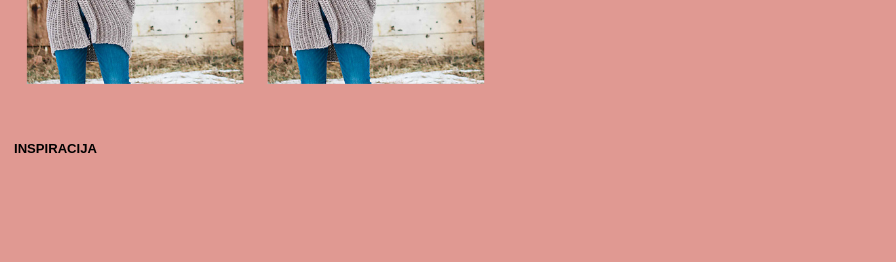
Repository: sdnc/Heklamo
Page: index.html
These files come from the project's save history. The page is drawn as it stood at one moment and after the next save; the edit follows.
The browser window is 1280 px wide. The pictures show the part of the page from y = 346 to 2266 px (the page is 720 px tall before and 2787 px after), at 70% of full size.

Above is the page before, as saved 2020-12-24 13:20:07.
Console error: ReferenceError: $ is not defined

### index.html
<html>

<head>
  <meta charset="UTF-8" />
  <meta name="viewport" content="width=device-width, initial-scale=1.0" />
  <title>Heklamo</title>
  <link href="https://maxcdn.bootstrapcdn.com/font-awesome/4.7.0/css/font-awesome.min.css" rel="stylesheet">
  <link rel="stylesheet" href="styles.css" />
  <script src="https://unpkg.com/vue@next" defer></script>
  <script src="app.js" defer></script>
</head>

<body>
  <!--1) -->
  <!--2) -->
  <section id="header">
    <h1>Heklamo, zeno draga</h1>
    <nav>link</nav>
  </section>
    <section id="sets" class="divider">
      <h3>MOJE SETOVI</h3>
    <div class="card">
      <div class="image">
        <img
          src="img/habitatcardigan.jpg" />
      </div>
      <div class="details">
        <div class="center">
          <h1>The Habitat Cardigan<br><span>Difficulty: 2/5</span></h1>
          <p>You will need:</p>
          <button>Let's do it!</button>
        </div>
      </div>
    </div>

    <div class="card">
      <div class="image">
        <img src="img/habitatcardigan.jpg" />
      </div>
      <div class="details">
        <div class="center">
          <h1>The Habitat Cardigan<br><span>Difficulty: 2/5</span></h1>
          <p>You will need:</p>
          <button>Let's do it!</button>
        </div>
      </div>
    </div>
  </section>

  <section id="inspiration" class="divider">
    <h3>INSPIRACIJA</h3>

  </section>

  <section id="buy" class="divider">

  </section>
</body>

</html>

### styles.css
body {
  margin: 0;
  padding: 0;
  font-family: sans-serif;
  background-color: #e09992;
}

.divider {
  margin: 40px 0 30px 20px;
}

.card {
  margin: 5px 15px;
  display: inline-block;
  transform: translate(1%,1%);
  width: 310px;
  height: 350px;
}
.image {
  width: 310px;
  height: 350px;
  overflow: hidden;
}
.card .image img {
  width: 100%;
  transition: .5s;
}
.card:hover .image img {
  opacity: .5;
  transform: translateX(30%);/*100%*/
}
.card .details {
  position: absolute;
  top: 0;
  left: 0;
  width: 70%;/*100%*/
  height: 89%;
  background: #7ca9e0;
  transition: .5s;
  transform-origin: left;
  transform: perspective(2000px) rotateY(-90deg);
}
.card:hover .details {
  transform: perspective(2000px) rotateY(0deg);
}
.card .details .center {
  padding: 20px;
  text-align: center;
  background: #fff;
  position: absolute;
  top: 50%;
  transform: translateY(-50%);
}
.card .details .center h1 {
  margin: 0;
  padding: 0;
  color: #435794;
  line-height: 20px;
  font-size: 20px;
  text-transform: uppercase;
}
.card .details .center h1 span {
  font-size: 14px;
  color: #262626;
}
.card .details .center p {
  margin: 10px 0;
  padding: 0;
  color: #262626;
}

### app.js
$('#recipeCarousel').carousel({
    interval: 10000
  })

  $('.carousel .carousel-item').each(function(){
      var minPerSlide = 3;
      var next = $(this).next();
      if (!next.length) {
      next = $(this).siblings(':first');
      }
      next.children(':first-child').clone().appendTo($(this));

      for (var i=0;i<minPerSlide;i++) {
          next=next.next();
          if (!next.length) {
              next = $(this).siblings(':first');
            }

          next.children(':first-child').clone().appendTo($(this));
        }
  });

After the next save:
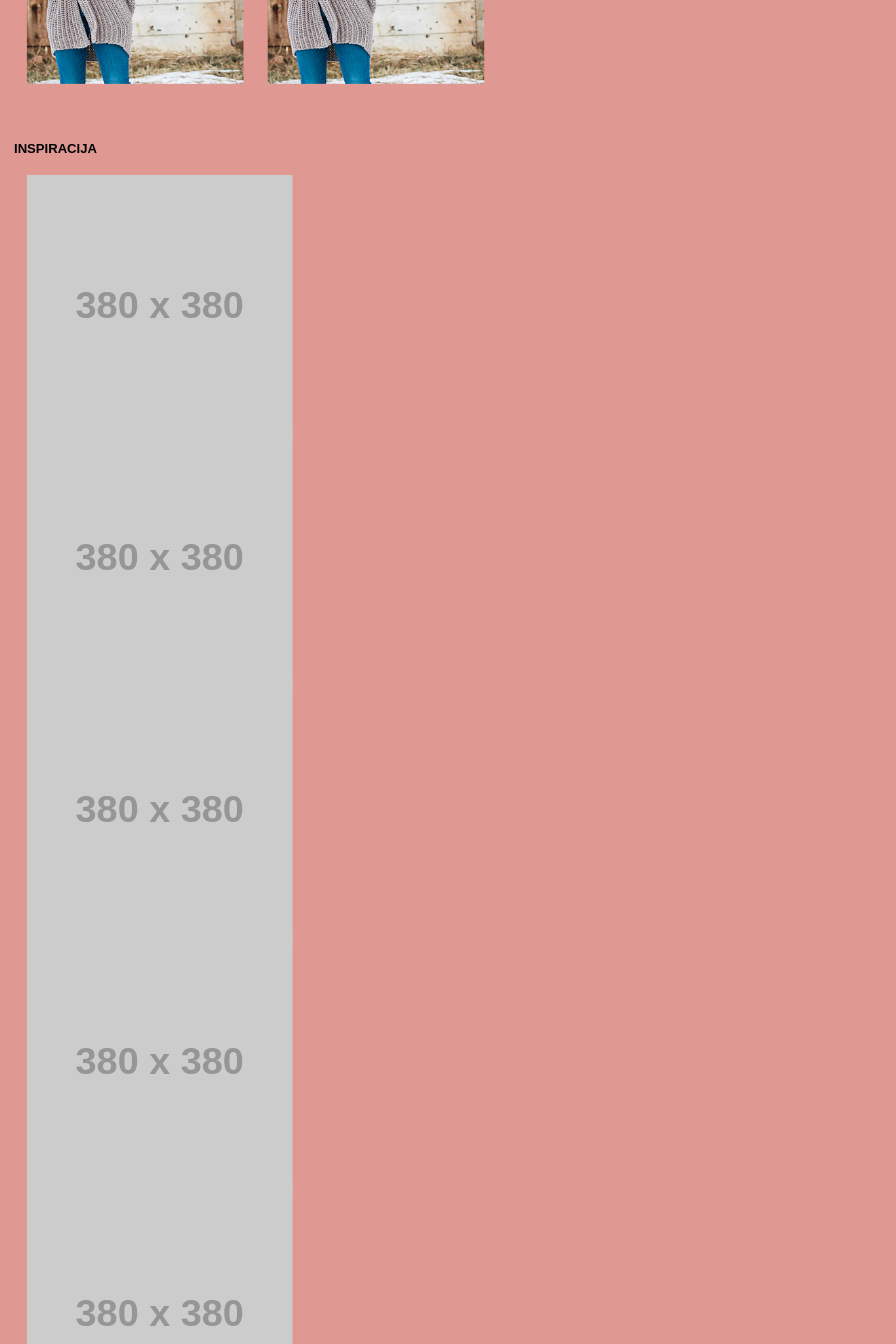
Saved 38 s later.
--- a/index.html
+++ b/index.html
@@ -50,6 +50,63 @@
   <section id="inspiration" class="divider">
     <h3>INSPIRACIJA</h3>
 
+    <div class="row mx-auto my-auto">
+      <div id="recipeCarousel" class="carousel slide w-100" data-ride="carousel">
+          <div class="carousel-inner w-100" role="listbox">
+              <div class="carousel-item active">
+                  <div class="col-md-4">
+                      <div class="card card-body">
+                          <img class="img-fluid" src="http://placehold.it/380?text=1">
+                      </div>
+                  </div>
+              </div>
+              <div class="carousel-item">
+                  <div class="col-md-4">
+                      <div class="card card-body">
+                          <img class="img-fluid" src="http://placehold.it/380?text=2">
+                      </div>
+                  </div>
+              </div>
+              <div class="carousel-item">
+                  <div class="col-md-4">
+                      <div class="card card-body">
+                          <img class="img-fluid" src="http://placehold.it/380?text=3">
+                      </div>
+                  </div>
+              </div>
+              <div class="carousel-item">
+                  <div class="col-md-4">
+                      <div class="card card-body">
+                          <img class="img-fluid" src="http://placehold.it/380?text=4">
+                      </div>
+                  </div>
+              </div>
+              <div class="carousel-item">
+                  <div class="col-md-4">
+                      <div class="card card-body">
+                          <img class="img-fluid" src="http://placehold.it/380?text=5">
+                      </div>
+                  </div>
+              </div>
+              <div class="carousel-item">
+                  <div class="col-md-4">
+                      <div class="card card-body">
+                          <img class="img-fluid" src="http://placehold.it/380?text=6">
+                      </div>
+                  </div>
+              </div>
+          </div>
+          <a class="carousel-control-prev w-auto" href="#recipeCarousel" role="button" data-slide="prev">
+              <span class="carousel-control-prev-icon bg-dark border border-dark rounded-circle" aria-hidden="true"></span>
+              <span class="sr-only">Previous</span>
+          </a>
+          <a class="carousel-control-next w-auto" href="#recipeCarousel" role="button" data-slide="next">
+              <span class="carousel-control-next-icon bg-dark border border-dark rounded-circle" aria-hidden="true"></span>
+              <span class="sr-only">Next</span>
+          </a>
+      </div>
+  </div>
+
   </section>
 
   <section id="buy" class="divider">

After the 3 saves that followed:
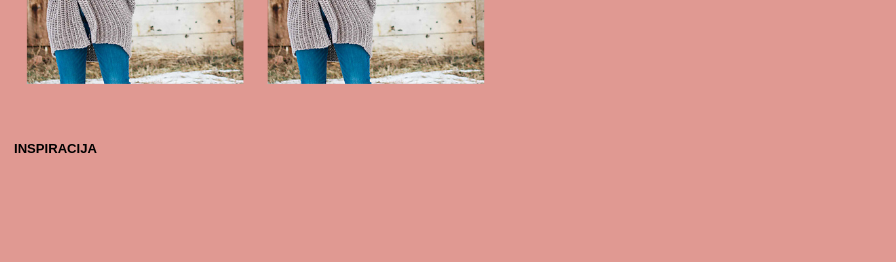
The 3 saves are shown as one change because 2 left the picture as it was.
The last was saved 2 min 17 s later.
--- a/index.html
+++ b/index.html
@@ -50,68 +50,18 @@
   <section id="inspiration" class="divider">
     <h3>INSPIRACIJA</h3>
 
-    <div class="row mx-auto my-auto">
-      <div id="recipeCarousel" class="carousel slide w-100" data-ride="carousel">
-          <div class="carousel-inner w-100" role="listbox">
-              <div class="carousel-item active">
-                  <div class="col-md-4">
-                      <div class="card card-body">
-                          <img class="img-fluid" src="http://placehold.it/380?text=1">
-                      </div>
-                  </div>
-              </div>
-              <div class="carousel-item">
-                  <div class="col-md-4">
-                      <div class="card card-body">
-                          <img class="img-fluid" src="http://placehold.it/380?text=2">
-                      </div>
-                  </div>
-              </div>
-              <div class="carousel-item">
-                  <div class="col-md-4">
-                      <div class="card card-body">
-                          <img class="img-fluid" src="http://placehold.it/380?text=3">
-                      </div>
-                  </div>
-              </div>
-              <div class="carousel-item">
-                  <div class="col-md-4">
-                      <div class="card card-body">
-                          <img class="img-fluid" src="http://placehold.it/380?text=4">
-                      </div>
-                  </div>
-              </div>
-              <div class="carousel-item">
-                  <div class="col-md-4">
-                      <div class="card card-body">
-                          <img class="img-fluid" src="http://placehold.it/380?text=5">
-                      </div>
-                  </div>
-              </div>
-              <div class="carousel-item">
-                  <div class="col-md-4">
-                      <div class="card card-body">
-                          <img class="img-fluid" src="http://placehold.it/380?text=6">
-                      </div>
-                  </div>
-              </div>
-          </div>
-          <a class="carousel-control-prev w-auto" href="#recipeCarousel" role="button" data-slide="prev">
-              <span class="carousel-control-prev-icon bg-dark border border-dark rounded-circle" aria-hidden="true"></span>
-              <span class="sr-only">Previous</span>
-          </a>
-          <a class="carousel-control-next w-auto" href="#recipeCarousel" role="button" data-slide="next">
-              <span class="carousel-control-next-icon bg-dark border border-dark rounded-circle" aria-hidden="true"></span>
-              <span class="sr-only">Next</span>
-          </a>
-      </div>
-  </div>
+
 
   </section>
 
   <section id="buy" class="divider">
 
   </section>
+
+  <script>
+
+
+  </script>
 </body>
 
 </html>
--- a/styles.css
+++ b/styles.css
@@ -9,6 +9,7 @@ body {
   margin: 40px 0 30px 20px;
 }
 
+/* MY SETS - section */
 .card {
   margin: 5px 15px;
   display: inline-block;
@@ -68,3 +69,39 @@ body {
   padding: 0;
   color: #262626;
 }
+
+/* INPIRATION SECTION */
+
+@media (max-width: 768px) {
+  .carousel-inner .carousel-item > div {
+      display: none;
+  }
+  .carousel-inner .carousel-item > div:first-child {
+      display: block;
+  }
+}
+
+.carousel-inner .carousel-item.active,
+.carousel-inner .carousel-item-next,
+.carousel-inner .carousel-item-prev {
+  display: flex;
+}
+
+/* display 3 */
+@media (min-width: 768px) {
+
+  .carousel-inner .carousel-item-right.active,
+  .carousel-inner .carousel-item-next {
+    transform: translateX(33.333%);
+  }
+
+  .carousel-inner .carousel-item-left.active,
+  .carousel-inner .carousel-item-prev {
+    transform: translateX(-33.333%);
+  }
+}
+
+.carousel-inner .carousel-item-right,
+.carousel-inner .carousel-item-left{
+transform: translateX(0);
+}
